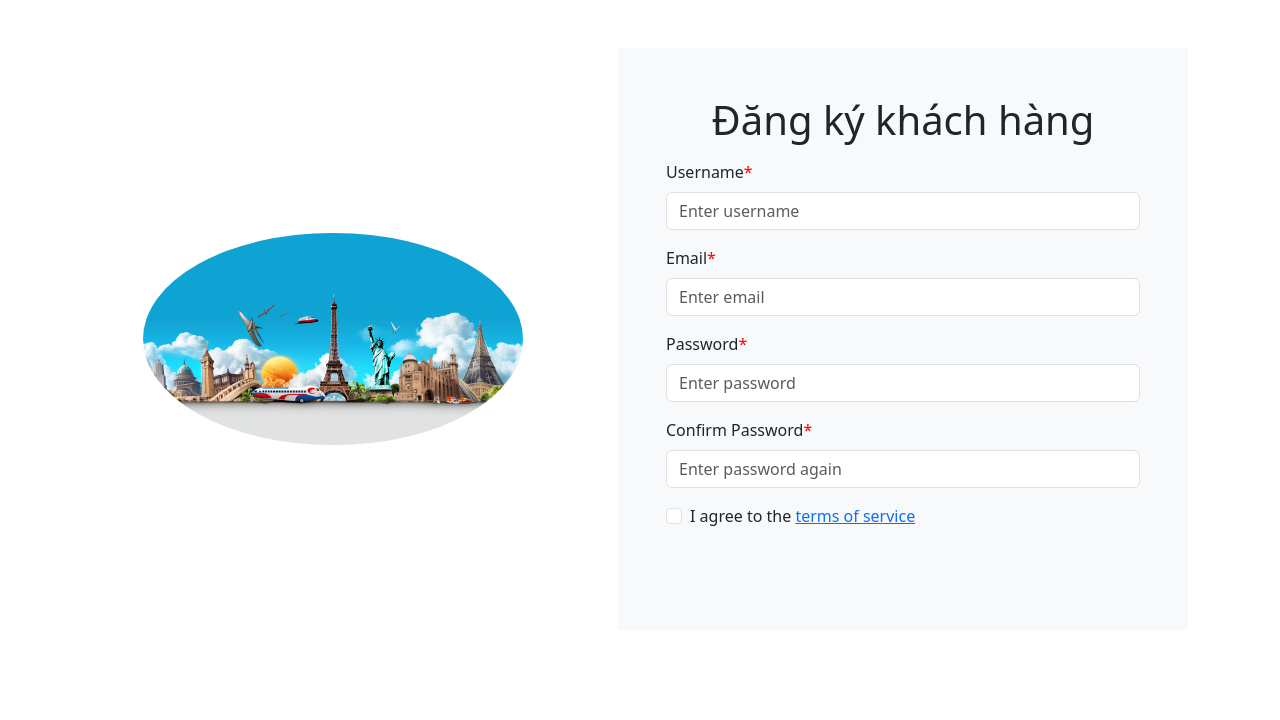
Repository: manhtdxxx/Tour-Booking-Webapp
Page: http://localhost/bookingTour/register.jsp
These files come from the project's save history. The page is drawn as it stood at one moment and after the next save; the edit follows.
The browser window is 1280 px wide. The pictures show the whole page.
The page is served by Tomcat 9.

Above is the page before, as saved 2024-11-07 07:36:49.

After the next save:
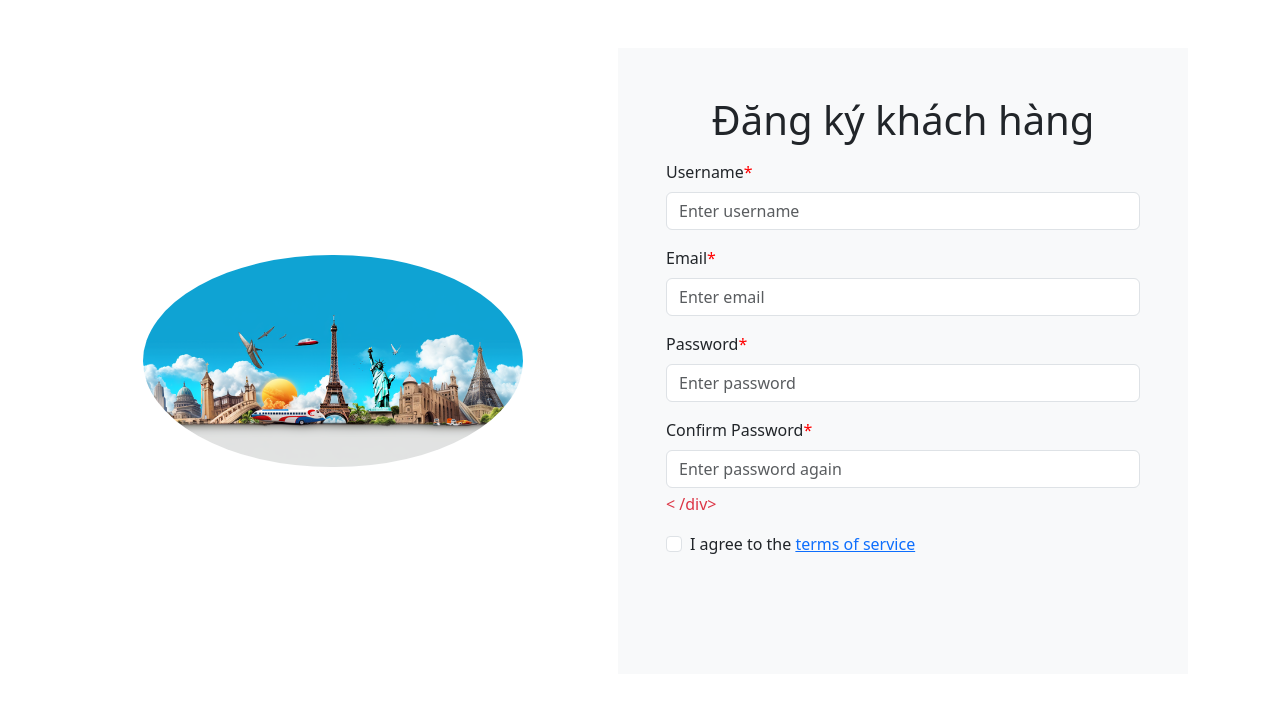
Saved 4 min 14 s later.
--- a/bookingTour/src/main/webapp/register.jsp
+++ b/bookingTour/src/main/webapp/register.jsp
@@ -52,7 +52,7 @@
 						<label for="password2" class="form-label">Confirm Password<span class="red">*</span>
 						</label> <input type="password" class="form-control" id="password2" placeholder="Enter password again"
 							name="password2" required="required" onkeyup="confirmPassword(); oninput=showSubmitButton()">
-						<div id="msg" class="text-danger mb-3 mt-1"></div>
+						<div id="msg" class="text-danger mb-3 mt-1">< /div>
 					</div>
 					<div class="form-check mb-3">
 						<label class="form-check-label"> <input class="form-check-input" type="checkbox"

After the 3 saves that followed:
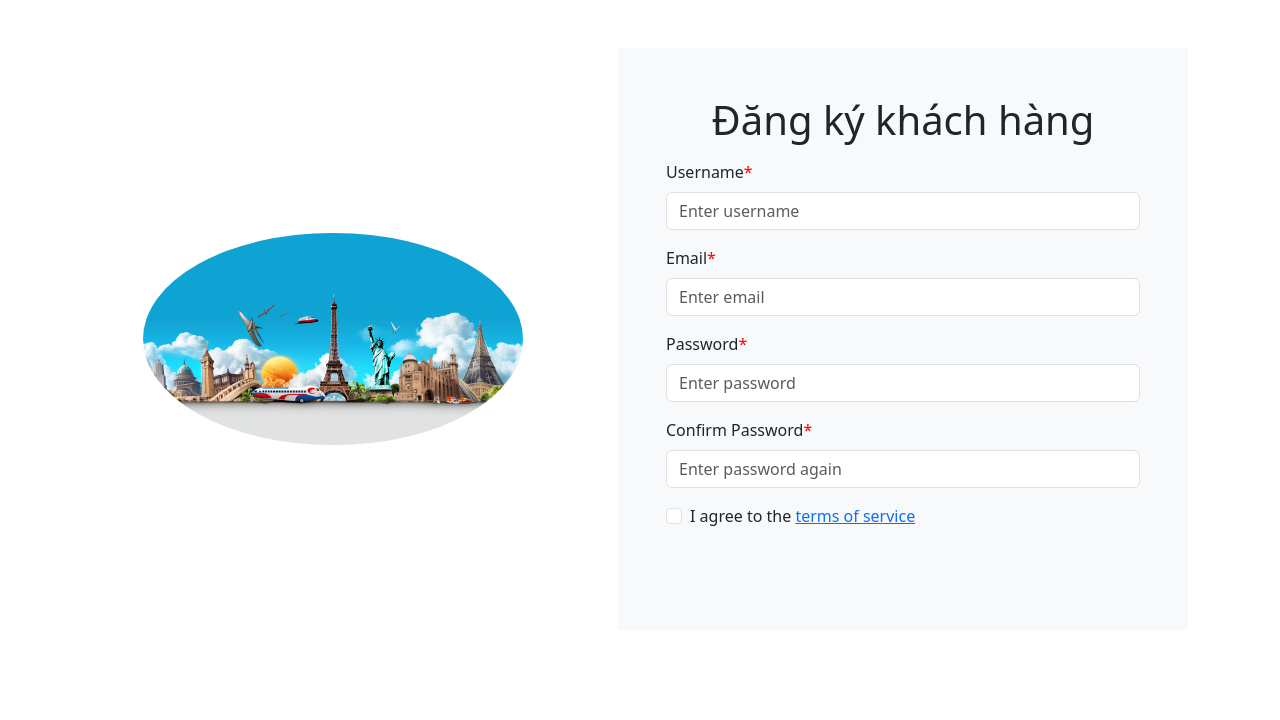
The 3 saves are shown as one change because 2 left the picture as it was.
The last was saved 5 min 0 s later.
--- a/bookingTour/src/main/webapp/register.jsp
+++ b/bookingTour/src/main/webapp/register.jsp
@@ -52,7 +52,7 @@
 						<label for="password2" class="form-label">Confirm Password<span class="red">*</span>
 						</label> <input type="password" class="form-control" id="password2" placeholder="Enter password again"
 							name="password2" required="required" onkeyup="confirmPassword(); oninput=showSubmitButton()">
-						<div id="msg" class="text-danger mb-3 mt-1">< /div>
+						<div id="msg" class="text-danger mb-3 mt-1"></div>
 					</div>
 					<div class="form-check mb-3">
 						<label class="form-check-label"> <input class="form-check-input" type="checkbox"
